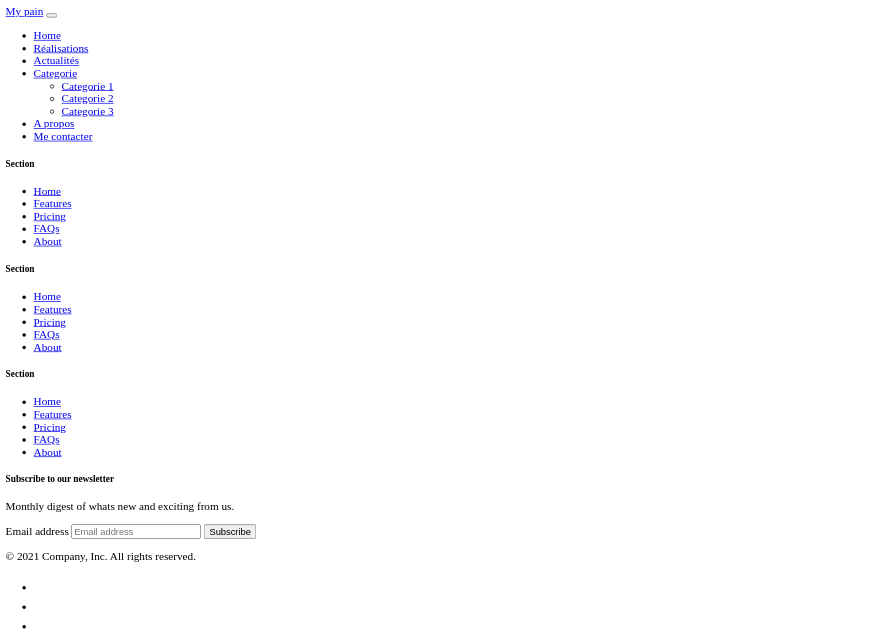
Repository: Amedee7/mypain
Page: templates/home/index.html.twig
These files come from the project's save history. The page is drawn as it stood at one moment and after the next save; the edit follows.
The browser window is 1280 px wide. The pictures show the whole page, at 70% of full size.
The page is a Twig template of a Symfony application; nobody is signed in and links lead nowhere. Other server files are loaded and not shown. The template is opened directly, without the code that normally fills it, so the values that code supplies are empty.

Above is the page before, as saved 2022-03-04 11:58:12.

### templates/home/index.html.twig
{% extends 'base.html.twig' %}

{% block title %}Hello HomeController!
{% endblock %}

{% block body %}{% endblock %}

### templates/base.html.twig
<!DOCTYPE html>
<html>
	<head>
		<meta charset="UTF-8" name="viewport" content="width=device-width, initial-scale=1">
		<title>
			{% block title %}Welcome!
			{% endblock %}
		</title>
		{% block stylesheets %}
			{{ encore_entry_link_tags('app') }}
		{% endblock %}

		{% block javascripts %}
			{{ encore_entry_script_tags('app') }}
		{% endblock %}
	</head>
	<body>
		{% include 'base/nav.html.twig' %}
		{% block body %}{% endblock %}
		{% include 'base/footer.html.twig' %}

	</body>
</html>

### webpack.config.js
const Encore = require('@symfony/webpack-encore');

// Manually configure the runtime environment if not already configured yet by the "encore" command.
// It's useful when you use tools that rely on webpack.config.js file.
if (!Encore.isRuntimeEnvironmentConfigured()) {
    Encore.configureRuntimeEnvironment(process.env.NODE_ENV || 'dev');
}

Encore
    // directory where compiled assets will be stored
    .setOutputPath('public/build/')
    // public path used by the web server to access the output path
    .setPublicPath('/build')
    // only needed for CDN's or sub-directory deploy
    //.setManifestKeyPrefix('build/')

    /*
     * ENTRY CONFIG
     *
     * Each entry will result in one JavaScript file (e.g. app.js)
     * and one CSS file (e.g. app.css) if your JavaScript imports CSS.
     */
    .addEntry('app', './assets/app.js')

    // enables the Symfony UX Stimulus bridge (used in assets/bootstrap.js)
    .enableStimulusBridge('./assets/controllers.json')

    // When enabled, Webpack "splits" your files into smaller pieces for greater optimization.
    .splitEntryChunks()

    // will require an extra script tag for runtime.js
    // but, you probably want this, unless you're building a single-page app
    .enableSingleRuntimeChunk()

    /*
     * FEATURE CONFIG
     *
     * Enable & configure other features below. For a full
     * list of features, see:
     * https://symfony.com/doc/current/frontend.html#adding-more-features
     */
    .cleanupOutputBeforeBuild()
    .enableBuildNotifications()
    .enableSourceMaps(!Encore.isProduction())
    // enables hashed filenames (e.g. app.abc123.css)
    .enableVersioning(Encore.isProduction())

    .configureBabel((config) => {
        config.plugins.push('@babel/plugin-proposal-class-properties');
    })

    // enables @babel/preset-env polyfills
    .configureBabelPresetEnv((config) => {
        config.useBuiltIns = 'usage';
        config.corejs = 3;
    })

    // enables Sass/SCSS support
    .enableSassLoader()

    // uncomment if you use TypeScript
    //.enableTypeScriptLoader()

    // uncomment if you use React
    //.enableReactPreset()

    // uncomment to get integrity="..." attributes on your script & link tags
    // requires WebpackEncoreBundle 1.4 or higher
    //.enableIntegrityHashes(Encore.isProduction())

    // uncomment if you're having problems with a jQuery plugin
    //.autoProvidejQuery()
    ;

module.exports = Encore.getWebpackConfig();

### templates/base/nav.html.twig
<nav class="navbar navbar-expand-sm navbar-dark bg-dark" aria-label="Third navbar example">
	<div class="container">
		<a class="navbar-brand" href="#">My pain</a>
		<button class="navbar-toggler" type="button" data-bs-toggle="collapse" data-bs-target="#navbarsExample03" aria-controls="navbarsExample03" aria-expanded="false" aria-label="Toggle navigation">
			<span class="navbar-toggler-icon"></span>
		</button>

		<div class="collapse navbar-collapse justify-content-md-center" id="navbarsExample03">
			<ul class="navbar-nav">
				<li class="nav-item">
					<a class="nav-link active" aria-current="page" href="#">Home</a>
				</li>
				<li class="nav-item">
					<a class="nav-link" href="#">Réalisations</a>
				</li>
				<li class="nav-item">
					<a class="nav-link" href="#">Actualités</a>
				</li>
				<li class="nav-item dropdown">
					<a class="nav-link dropdown-toggle" href="#" id="dropdown03" data-bs-toggle="dropdown" aria-expanded="false">Categorie</a>
					<ul class="dropdown-menu" aria-labelledby="dropdown03">
						<li>
							<a class="dropdown-item" href="#">Categorie 1</a>
						</li>
						<li>
							<a class="dropdown-item" href="#">Categorie 2</a>
						</li>
						<li>
							<a class="dropdown-item" href="#">Categorie 3</a>
						</li>
					</ul>
				</li>
				<li class="nav-item">
					<a class="nav-link" href="#">A propos</a>
				</li>
				<li class="nav-item">
					<a class="navbar-btn btn btn-sn btn-primary lift ms-auto" href="#">Me contacter</a>
				</li>
			</ul>
		</div>
	</div>
</nav>

### templates/base/footer.html.twig
<div class="container">
	<footer class="py-5">
		<div class="row">
			<div class="col-2">
				<h5>Section</h5>
				<ul class="nav flex-column">
					<li class="nav-item mb-2">
						<a href="#" class="nav-link p-0 text-muted">Home</a>
					</li>
					<li class="nav-item mb-2">
						<a href="#" class="nav-link p-0 text-muted">Features</a>
					</li>
					<li class="nav-item mb-2">
						<a href="#" class="nav-link p-0 text-muted">Pricing</a>
					</li>
					<li class="nav-item mb-2">
						<a href="#" class="nav-link p-0 text-muted">FAQs</a>
					</li>
					<li class="nav-item mb-2">
						<a href="#" class="nav-link p-0 text-muted">About</a>
					</li>
				</ul>
			</div>

			<div class="col-2">
				<h5>Section</h5>
				<ul class="nav flex-column">
					<li class="nav-item mb-2">
						<a href="#" class="nav-link p-0 text-muted">Home</a>
					</li>
					<li class="nav-item mb-2">
						<a href="#" class="nav-link p-0 text-muted">Features</a>
					</li>
					<li class="nav-item mb-2">
						<a href="#" class="nav-link p-0 text-muted">Pricing</a>
					</li>
					<li class="nav-item mb-2">
						<a href="#" class="nav-link p-0 text-muted">FAQs</a>
					</li>
					<li class="nav-item mb-2">
						<a href="#" class="nav-link p-0 text-muted">About</a>
					</li>
				</ul>
			</div>

			<div class="col-2">
				<h5>Section</h5>
				<ul class="nav flex-column">
					<li class="nav-item mb-2">
						<a href="#" class="nav-link p-0 text-muted">Home</a>
					</li>
					<li class="nav-item mb-2">
						<a href="#" class="nav-link p-0 text-muted">Features</a>
					</li>
					<li class="nav-item mb-2">
						<a href="#" class="nav-link p-0 text-muted">Pricing</a>
					</li>
					<li class="nav-item mb-2">
						<a href="#" class="nav-link p-0 text-muted">FAQs</a>
					</li>
					<li class="nav-item mb-2">
						<a href="#" class="nav-link p-0 text-muted">About</a>
					</li>
				</ul>
			</div>

			<div class="col-4 offset-1">
				<form>
					<h5>Subscribe to our newsletter</h5>
					<p>Monthly digest of whats new and exciting from us.</p>
					<div class="d-flex w-100 gap-2">
						<label for="newsletter1" class="visually-hidden">Email address</label>
						<input id="newsletter1" type="text" class="form-control" placeholder="Email address">
						<button class="btn btn-primary" type="button">Subscribe</button>
					</div>
				</form>
			</div>
		</div>

		<div class="d-flex justify-content-between py-4 my-4 border-top">
			<p>&copy; 2021 Company, Inc. All rights reserved.</p>
			<ul class="list-unstyled d-flex">
				<li class="ms-3">
					<a class="link-dark" href="#">
						<svg class="bi" width="24" height="24"><use xlink:href="#twitter"/></svg>
					</a>
				</li>
				<li class="ms-3">
					<a class="link-dark" href="#">
						<svg class="bi" width="24" height="24"><use xlink:href="#instagram"/></svg>
					</a>
				</li>
				<li class="ms-3">
					<a class="link-dark" href="#">
						<svg class="bi" width="24" height="24"><use xlink:href="#facebook"/></svg>
					</a>
				</li>
			</ul>
		</div>
	</footer>
</div>

### templates/home/welcome.html.twig
<div id="myCarousel" class="carousel slide" data-bs-ride="carousel">
	<div class="carousel-indicators">
		<button type="button" data-bs-target="#myCarousel" data-bs-slide-to="0" class="active" aria-current="true" aria-label="Slide 1"></button>
		<button type="button" data-bs-target="#myCarousel" data-bs-slide-to="1" aria-label="Slide 2"></button>
		<button type="button" data-bs-target="#myCarousel" data-bs-slide-to="2" aria-label="Slide 3"></button>
	</div>
	<div class="carousel-inner">
		<div class="carousel-item active">
			<svg class="bd-placeholder-img" width="100%" height="100%" xmlns="http://www.w3.org/2000/svg" aria-hidden="true" preserveaspectratio="xMidYMid slice" focusable="false"><rect width="100%" height="100%" fill="#777"/></svg>

			<div class="container">
				<div class="carousel-caption text-start">
					<h1>Example headline.</h1>
					<p>Some representative placeholder content for the first slide of the carousel.</p>
					<p>
						<a class="btn btn-lg btn-primary" href="#">Sign up today</a>
					</p>
				</div>
			</div>
		</div>
		<div class="carousel-item">
			<svg class="bd-placeholder-img" width="100%" height="100%" xmlns="http://www.w3.org/2000/svg" aria-hidden="true" preserveaspectratio="xMidYMid slice" focusable="false"><rect width="100%" height="100%" fill="#777"/></svg>

			<div class="container">
				<div class="carousel-caption">
					<h1>Another example headline.</h1>
					<p>Some representative placeholder content for the second slide of the carousel.</p>
					<p>
						<a class="btn btn-lg btn-primary" href="#">Learn more</a>
					</p>
				</div>
			</div>
		</div>
		<div class="carousel-item">
			<svg class="bd-placeholder-img" width="100%" height="100%" xmlns="http://www.w3.org/2000/svg" aria-hidden="true" preserveaspectratio="xMidYMid slice" focusable="false"><rect width="100%" height="100%" fill="#777"/></svg>

			<div class="container">
				<div class="carousel-caption text-end">
					<h1>One more for good measure.</h1>
					<p>Some representative placeholder content for the third slide of this carousel.</p>
					<p>
						<a class="btn btn-lg btn-primary" href="#">Browse gallery</a>
					</p>
				</div>
			</div>
		</div>
	</div>
	<button class="carousel-control-prev" type="button" data-bs-target="#myCarousel" data-bs-slide="prev">
		<span class="carousel-control-prev-icon" aria-hidden="true"></span>
		<span class="visually-hidden">Previous</span>
	</button>
	<button class="carousel-control-next" type="button" data-bs-target="#myCarousel" data-bs-slide="next">
		<span class="carousel-control-next-icon" aria-hidden="true"></span>
		<span class="visually-hidden">Next</span>
	</button>
</div>

After the next save:
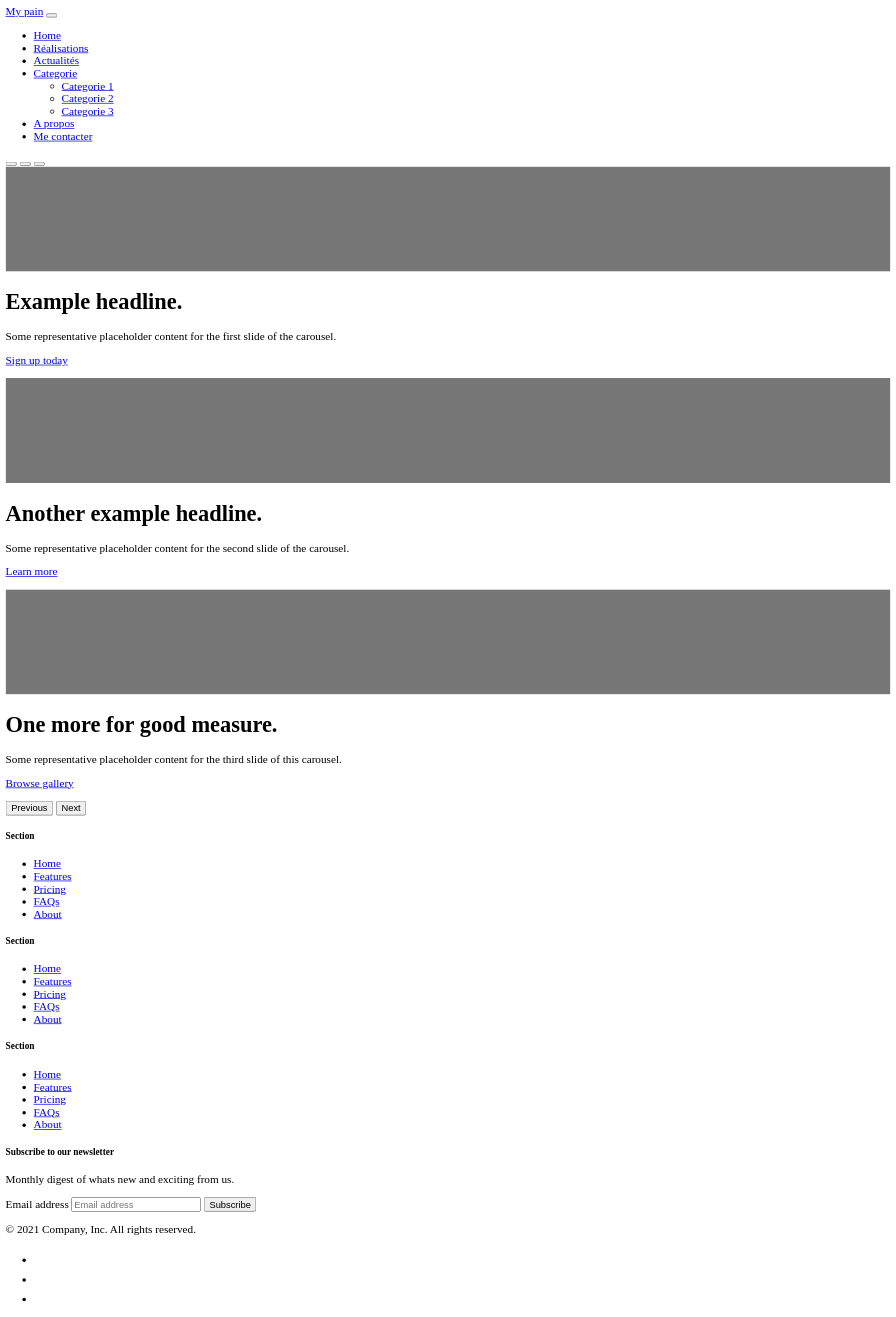
Saved 4 min 10 s later.
--- a/templates/base.html.twig
+++ b/templates/base.html.twig
@@ -16,6 +16,7 @@
 	</head>
 	<body>
 		{% include 'base/nav.html.twig' %}
+		{% include 'home/welcome.html.twig' %}
 		{% block body %}{% endblock %}
 		{% include 'base/footer.html.twig' %}
 

After the save that followed:
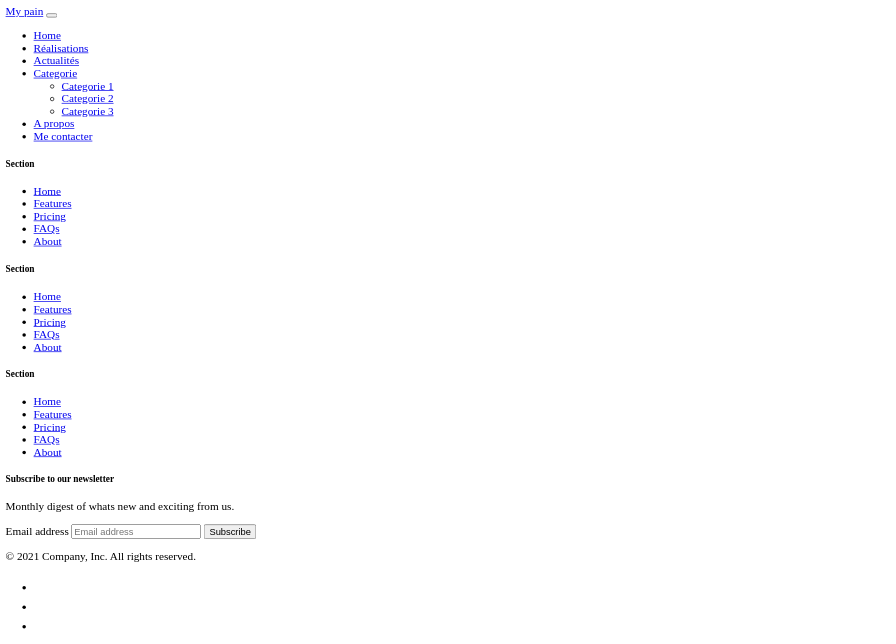
Saved 14 min 49 s later.
--- a/templates/base.html.twig
+++ b/templates/base.html.twig
@@ -16,7 +16,6 @@
 	</head>
 	<body>
 		{% include 'base/nav.html.twig' %}
-		{% include 'home/welcome.html.twig' %}
 		{% block body %}{% endblock %}
 		{% include 'base/footer.html.twig' %}
 
